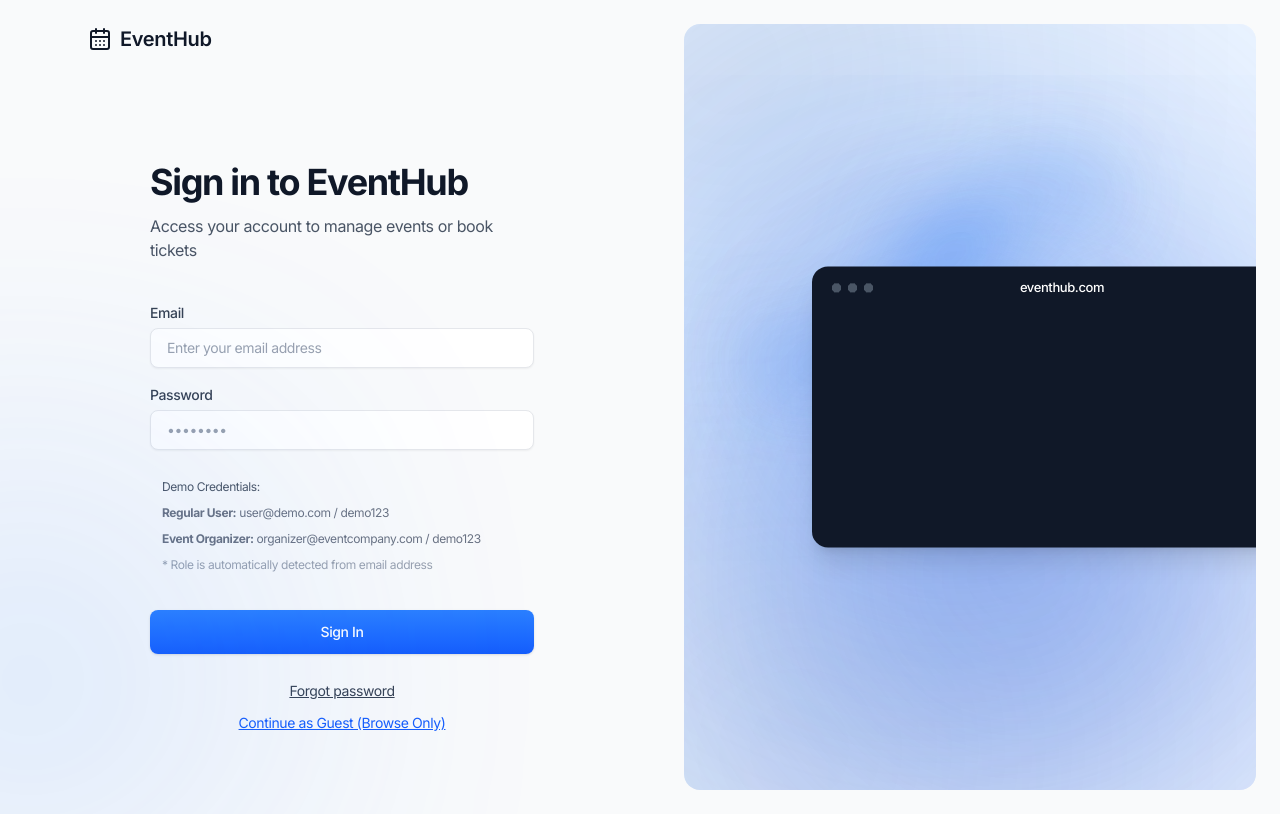
Repository: ghallymuhammad/eventhub-beta
Page: /signin
The author's editor kept a copy of each file at every save. The page is drawn from the files as they stood at one save, then again after the next save.
The browser window is 1280 px wide. The pictures show the whole page.
The project was rebuilt for these pictures with package versions that can differ from the ones it lists, and the page was loaded fresh each time. The framework's server and built-in components were replaced by stand-ins that run in the browser. Also part of the build but not shown: next.config.js, components/ErrorBoundary.tsx.

Above is the page before, as saved 2025-10-07 14:42:27.

After the next save:
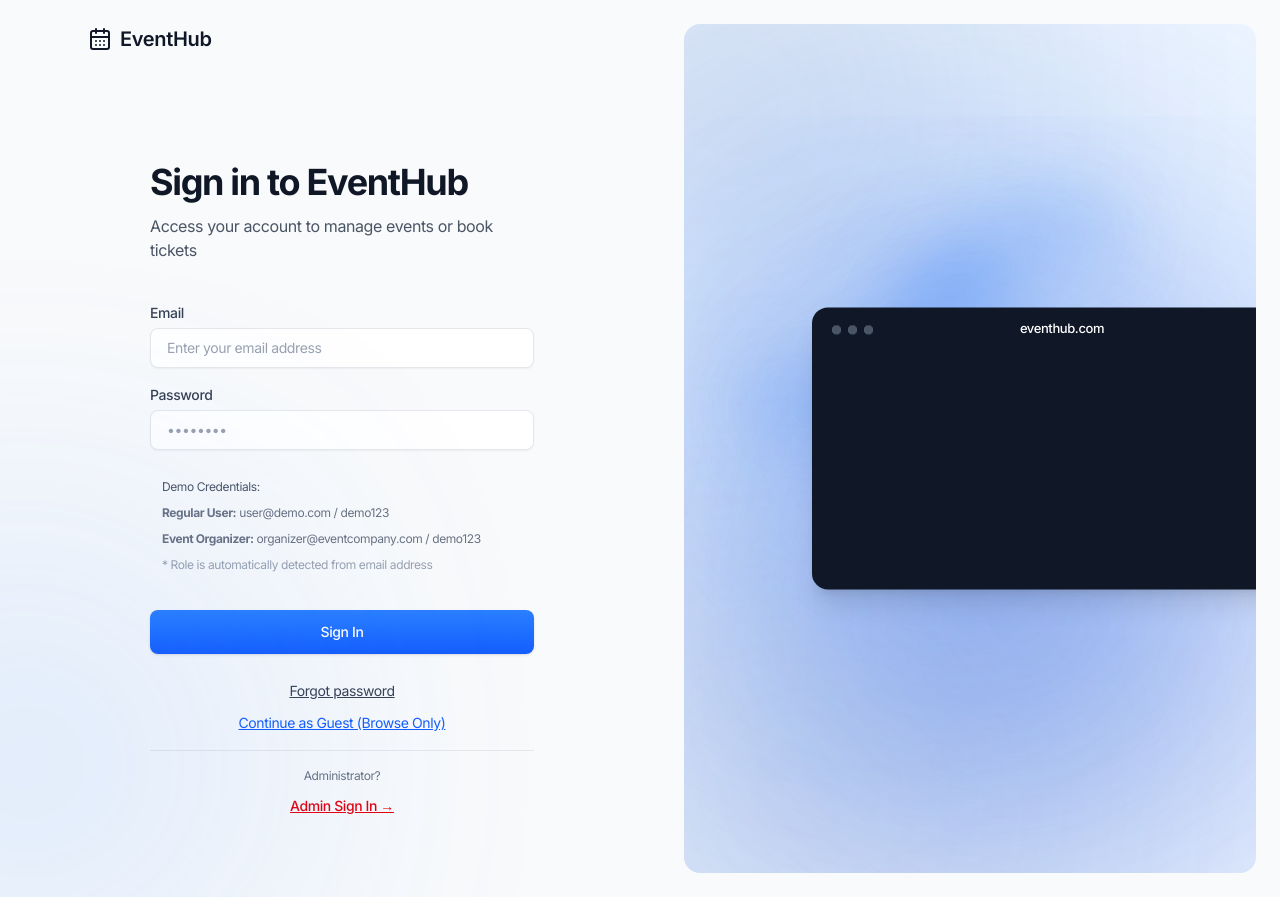
Saved 17 s later.
--- a/app/(auth)/signin/page.tsx
+++ b/app/(auth)/signin/page.tsx
@@ -189,6 +189,15 @@ export default function SignIn() {
             Continue as Guest (Browse Only)
           </Link>
         </div>
+        <div className="border-t border-gray-200 pt-4 mt-4">
+          <p className="text-xs text-gray-500 mb-2">Administrator?</p>
+          <Link
+            className="text-sm font-medium text-red-600 hover:text-red-700 underline hover:no-underline"
+            href="/admin/signin"
+          >
+            Admin Sign In →
+          </Link>
+        </div>
       </div>
     </>
   );
